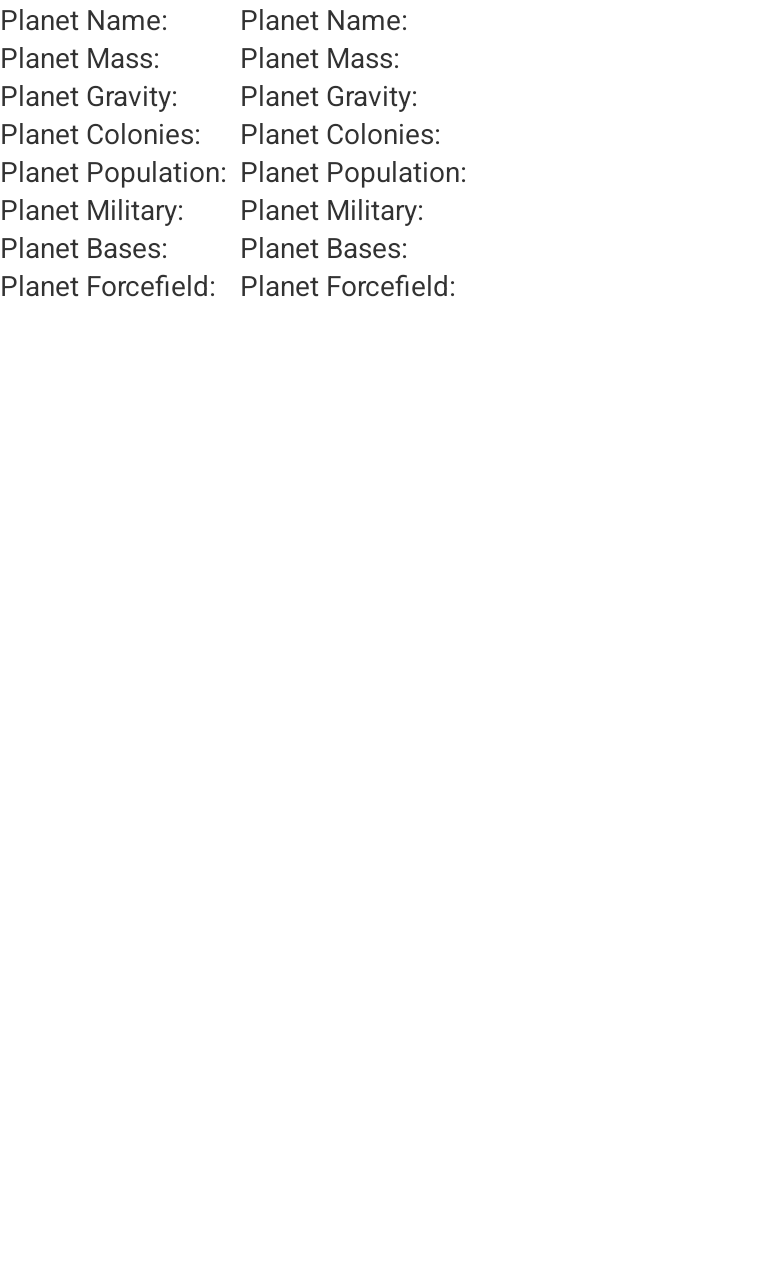
Repository: blender-head/android_basic
Layout: Hello_World/res/layout/activity_main.xml
An editor plug-in stored every save of this project. The layout is shown before and after the next save, followed by the edit.
It is drawn on a 768 x 1280 px phone screen (xhdpi) without system bars, with theme AppTheme; the app's code is not run. The app's manifest (not shown) leaves right-to-left support off. So textAlignment, textDirection and layoutDirection are ignored, and left and right values win over start and end ones.

Above is the layout before, as saved 2013-12-31 16:54:16.

### Hello_World/res/layout/activity_main.xml
<RelativeLayout xmlns:android="http://schemas.android.com/apk/res/android"
    xmlns:tools="http://schemas.android.com/tools"
    android:layout_width="match_parent"
    android:layout_height="match_parent"
    tools:context=".MainActivity" >

    <!-- Planet Name label -->
	<TextView
        android:id="@+id/textView1"
        android:layout_width="wrap_content"
        android:layout_height="wrap_content"
        android:text="@string/planet_name_label" />

	<!-- Planet Name data -->
	<TextView
        android:id="@+id/dataView1"
        android:layout_toRightOf="@+id/textView1"
        android:layout_marginLeft="36dip"
        android:layout_width="wrap_content"
        android:layout_height="wrap_content"
        android:text="@string/planet_name_label" />

	<!-- Planet Mass label -->
	<TextView
        android:id="@+id/textView2"
        android:layout_below="@+id/textView1"
        android:layout_width="wrap_content"
        android:layout_height="wrap_content"
        android:text="@string/planet_mass_label" />

	<!-- Planet Gravity label -->
	<TextView
        android:id="@+id/textView3"
        android:layout_below="@+id/textView2"
        android:layout_width="wrap_content"
        android:layout_height="wrap_content"
        android:text="@string/planet_gravity_label" />

	<!-- Planet Colonies label -->
	<TextView
        android:id="@+id/textView4"
        android:layout_below="@+id/textView3"
        android:layout_width="wrap_content"
        android:layout_height="wrap_content"
        android:text="@string/planet_colonies_label" />

	<!-- Planet Poulation label -->
	<TextView
        android:id="@+id/textView5"
        android:layout_below="@+id/textView4"
        android:layout_width="wrap_content"
        android:layout_height="wrap_content"
        android:text="@string/planet_population_label" />

	<!-- Planet Population data -->
	<TextView
        android:id="@+id/dataView5"
        android:layout_toRightOf="@+id/textView5"
        android:layout_alignStart="@+id/dataView1"
        android:layout_below="@+id/dataView4"
        android:layout_width="wrap_content"
        android:layout_height="wrap_content"
        android:text="@string/planet_population_label" />

	<!-- Planet Military label -->
	<TextView
        android:id="@+id/textView6"
        android:layout_below="@+id/textView5"
        android:layout_width="wrap_content"
        android:layout_height="wrap_content"
        android:text="@string/planet_military_label" />

	<!-- Planet Military data -->
	<TextView
        android:id="@+id/dataView6"
        android:layout_toRightOf="@+id/textView6"
        android:layout_alignStart="@+id/dataView1"
        android:layout_below="@+id/dataView5"
        android:layout_width="wrap_content"
        android:layout_height="wrap_content"
        android:text="@string/planet_military_label" />

	<!-- Planet Base label -->
	<TextView
        android:id="@+id/textView7"
        android:layout_below="@+id/textView6"
        android:layout_width="wrap_content"
        android:layout_height="wrap_content"
        android:text="@string/planet_bases_label" />

	<!-- Planet Base data -->
	<TextView
        android:id="@+id/dataView7"
        android:layout_toRightOf="@+id/textView7"
        android:layout_alignStart="@+id/dataView1"
        android:layout_below="@+id/dataView6"
        android:layout_width="wrap_content"
        android:layout_height="wrap_content"
        android:text="@string/planet_bases_label" />

	<!-- Planet Force Field label -->
	<TextView
        android:id="@+id/textView8"
        android:layout_below="@+id/textView7"
        android:layout_width="wrap_content"
        android:layout_height="wrap_content"
        android:text="@string/planet_forcefield_label" />

	<!-- Planet Force Field data -->
	<TextView
        android:id="@+id/dataView8"
        android:layout_toRightOf="@+id/textView8"
        android:layout_alignStart="@+id/dataView1"
        android:layout_below="@+id/dataView7"
        android:layout_width="wrap_content"
        android:layout_height="wrap_content"
        android:text="@string/planet_forcefield_label" />

	<!-- Planet Mass data -->
	<TextView
	    android:id="@+id/dataView2"
	    android:layout_width="wrap_content"
	    android:layout_height="wrap_content"
	    android:layout_alignBaseline="@+id/textView2"
	    android:layout_alignBottom="@+id/textView2"
	    android:layout_alignLeft="@+id/dataView1"
	    android:layout_alignStart="@+id/dataView1"
	    android:text="@string/planet_mass_label" />

	<!-- Planet Gravity data -->
	<TextView
	    android:id="@+id/dataView3"
	    android:layout_width="wrap_content"
	    android:layout_height="wrap_content"
	    android:layout_above="@+id/textView4"
	    android:layout_alignLeft="@+id/dataView2"
	    android:layout_alignStart="@+id/dataView1"
	    android:text="@string/planet_gravity_label" />

	<!-- Planet Colonies data -->
	<TextView
	    android:id="@+id/dataView4"
	    android:layout_width="wrap_content"
	    android:layout_height="wrap_content"
	    android:layout_alignBaseline="@+id/textView4"
	    android:layout_alignBottom="@+id/textView4"
	    android:layout_alignLeft="@+id/dataView3"
	    android:layout_alignStart="@+id/dataView1"
	    android:text="@string/planet_colonies_label" />

</RelativeLayout>

### Hello_World/res/values/strings.xml
<?xml version="1.0" encoding="utf-8"?>
<resources>

    <string name="app_name">Hello_World</string>
    <string name="action_settings">Settings</string>
    <string name="hello_world">Hello world!</string>

    <string name="planet_name_label">Planet Name: </string>
	<string name="planet_mass_label">Planet Mass: </string>
	<string name="planet_gravity_label">Planet Gravity: </string>
	<string name="planet_colonies_label">Planet Colonies: </string>
	<string name="planet_population_label">Planet Population: </string>
	<string name="planet_military_label">Planet Military: </string>
	<string name="planet_bases_label">Planet Bases: </string>
	<string name="planet_forcefield_label">Planet Forcefield: </string>

</resources>

Loaded but not shown: Hello_World/res/values/styles.xml (common file); Hello_World/res/values-v11/styles.xml (common file); Hello_World/res/values-v14/styles.xml (common file)

After the next save:
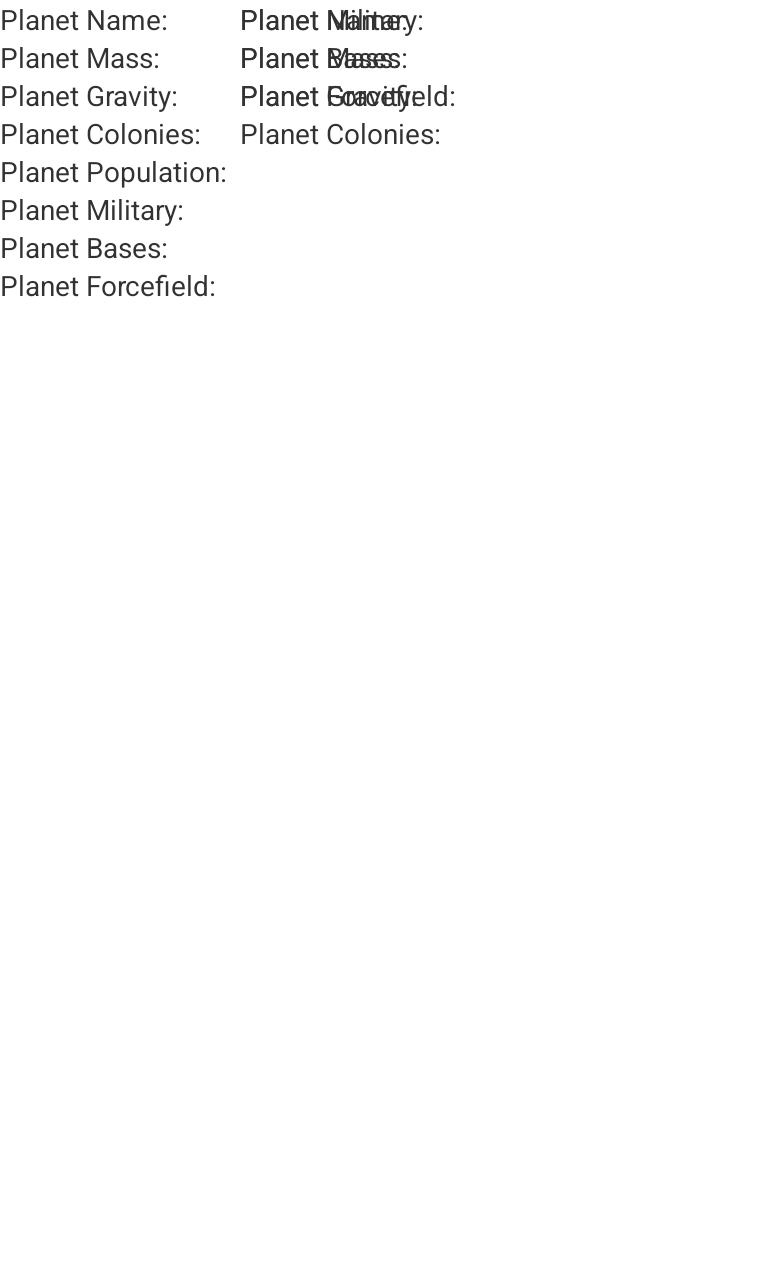
Saved 7 s later.
--- a/Hello_World/res/layout/activity_main.xml
+++ b/Hello_World/res/layout/activity_main.xml
@@ -48,16 +48,6 @@
 	<TextView
         android:id="@+id/textView5"
         android:layout_below="@+id/textView4"
-        android:layout_width="wrap_content"
-        android:layout_height="wrap_content"
-        android:text="@string/planet_population_label" />
-
-	<!-- Planet Population data -->
-	<TextView
-        android:id="@+id/dataView5"
-        android:layout_toRightOf="@+id/textView5"
-        android:layout_alignStart="@+id/dataView1"
-        android:layout_below="@+id/dataView4"
         android:layout_width="wrap_content"
         android:layout_height="wrap_content"
         android:text="@string/planet_population_label" />

After the save that followed:
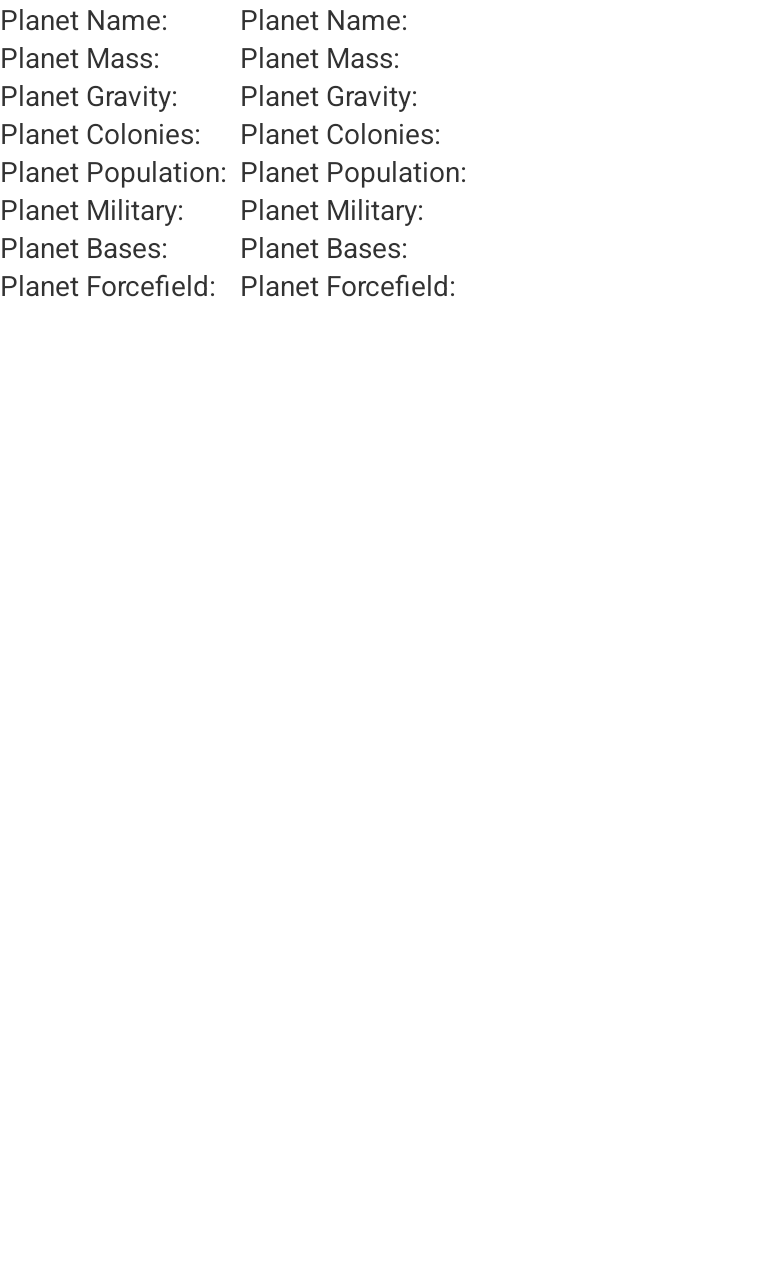
Saved 4 s later.
--- a/Hello_World/res/layout/activity_main.xml
+++ b/Hello_World/res/layout/activity_main.xml
@@ -138,4 +138,14 @@
 	    android:layout_alignStart="@+id/dataView1"
 	    android:text="@string/planet_colonies_label" />
 
+	<!-- Planet Population data -->
+	<TextView
+        android:id="@+id/dataView5"
+        android:layout_toRightOf="@+id/textView5"
+        android:layout_alignStart="@+id/dataView1"
+        android:layout_below="@+id/dataView4"
+        android:layout_width="wrap_content"
+        android:layout_height="wrap_content"
+        android:text="@string/planet_population_label" />
+
 </RelativeLayout>
